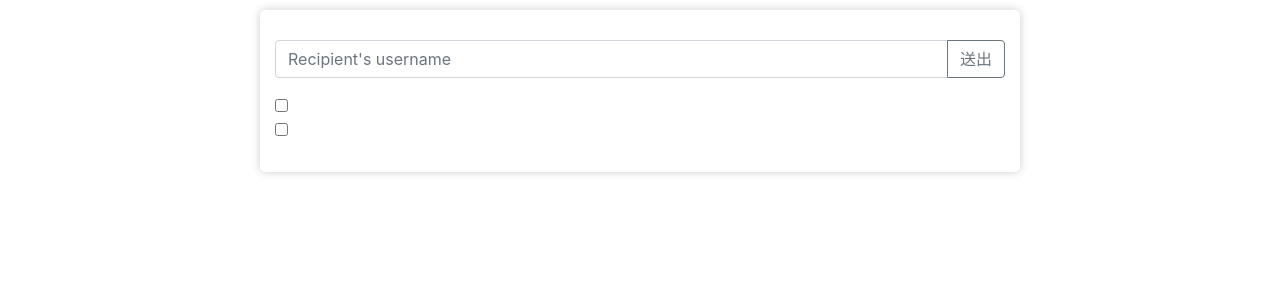
Repository: iian0910/vue3_todoList
Page: /
An editor plug-in stored every save of this project. The page is shown before and after the next save, followed by the edit.
The browser window is 1280 px wide. The pictures show the whole page.
The project was rebuilt for these pictures with package versions that can differ from the ones it lists, and the page was loaded fresh each time.

Above is the page before, as saved 2021-02-23 15:30:39.

After the next save:
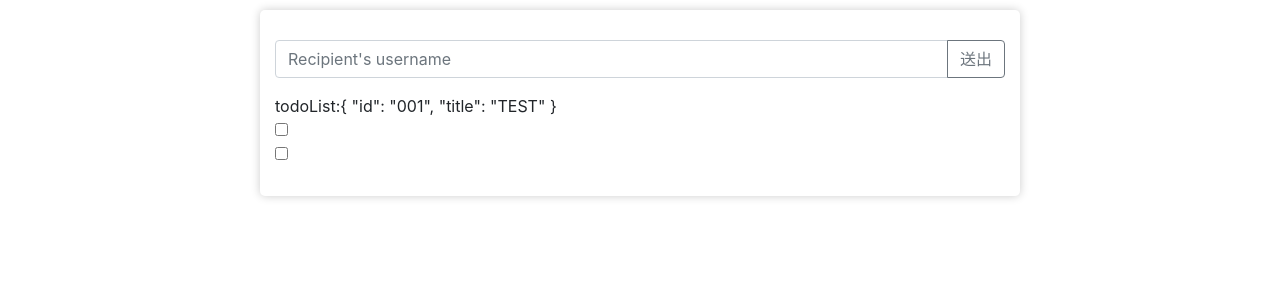
Saved 13 min 25 s later.
--- a/src/components/TodoList.vue
+++ b/src/components/TodoList.vue
@@ -19,6 +19,7 @@
         <!---->
 
         <!-- List 展示 -->
+        todoList:{{todoList}}
         <ul class="list">
           <li class="list-item" v-for="item in todoList" :key="item.id">
             <div class="form-check">
